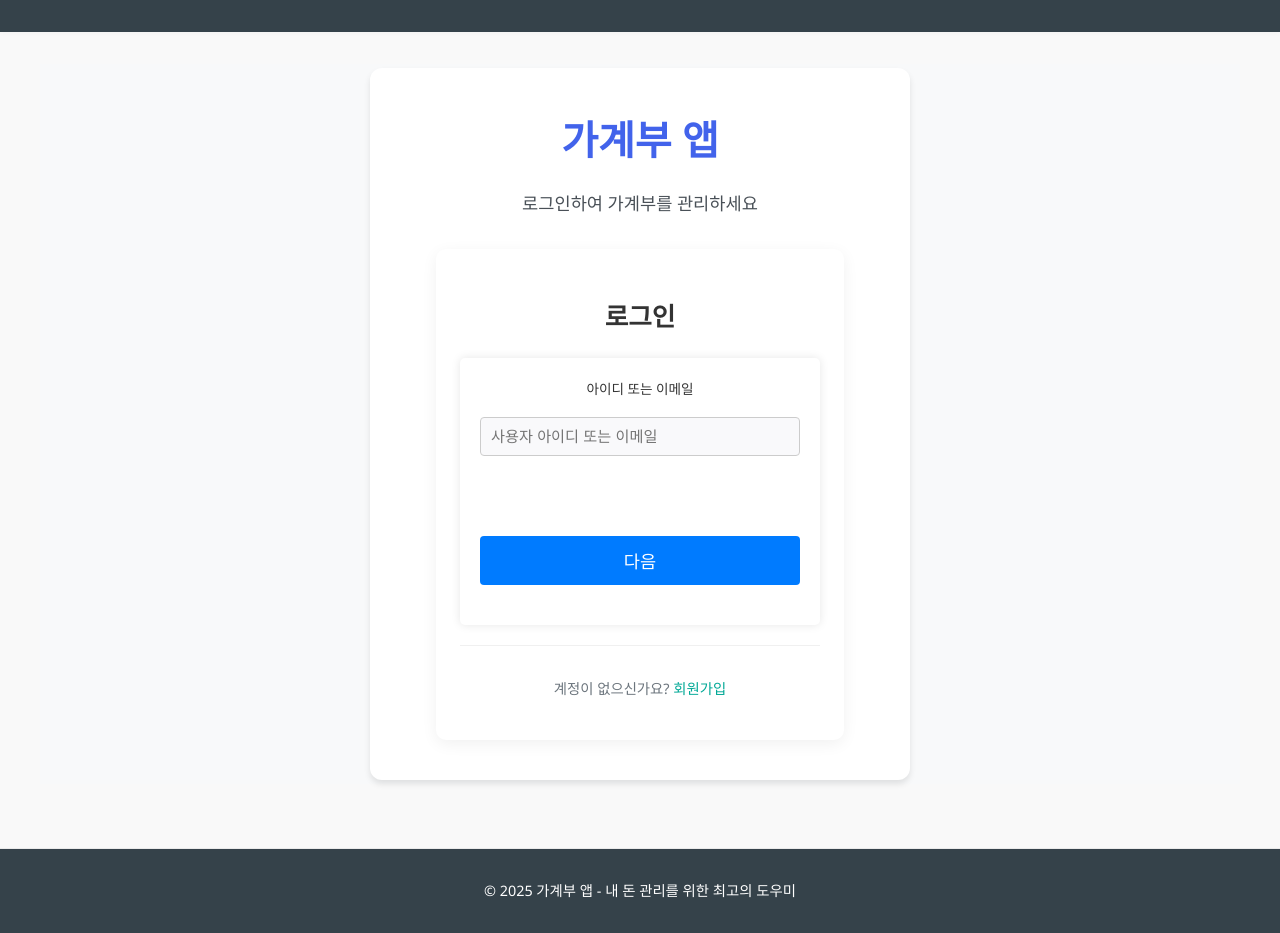
Repository: dldnwls07/Register_Login_Form
Page: /
An editor plug-in stored every save of this project. The page is shown before and after the next save, followed by the edit.
The browser window is 1280 px wide. The pictures show the whole page.
The project was rebuilt for these pictures with package versions that can differ from the ones it lists, and the page was loaded fresh each time. Also part of the build but not shown: src/components/Summary.jsx, src/styles/pages/MainPage.css, src/pages/MainPage.jsx, src/utils/categoryData.js, src/components/CategorySelector.jsx, src/components/EntryForm.jsx, src/components/EntryTable.jsx, src/components/SearchBar.jsx and 16 more.

Above is the page before, as saved 2025-05-25 14:57:43.

After the next save:
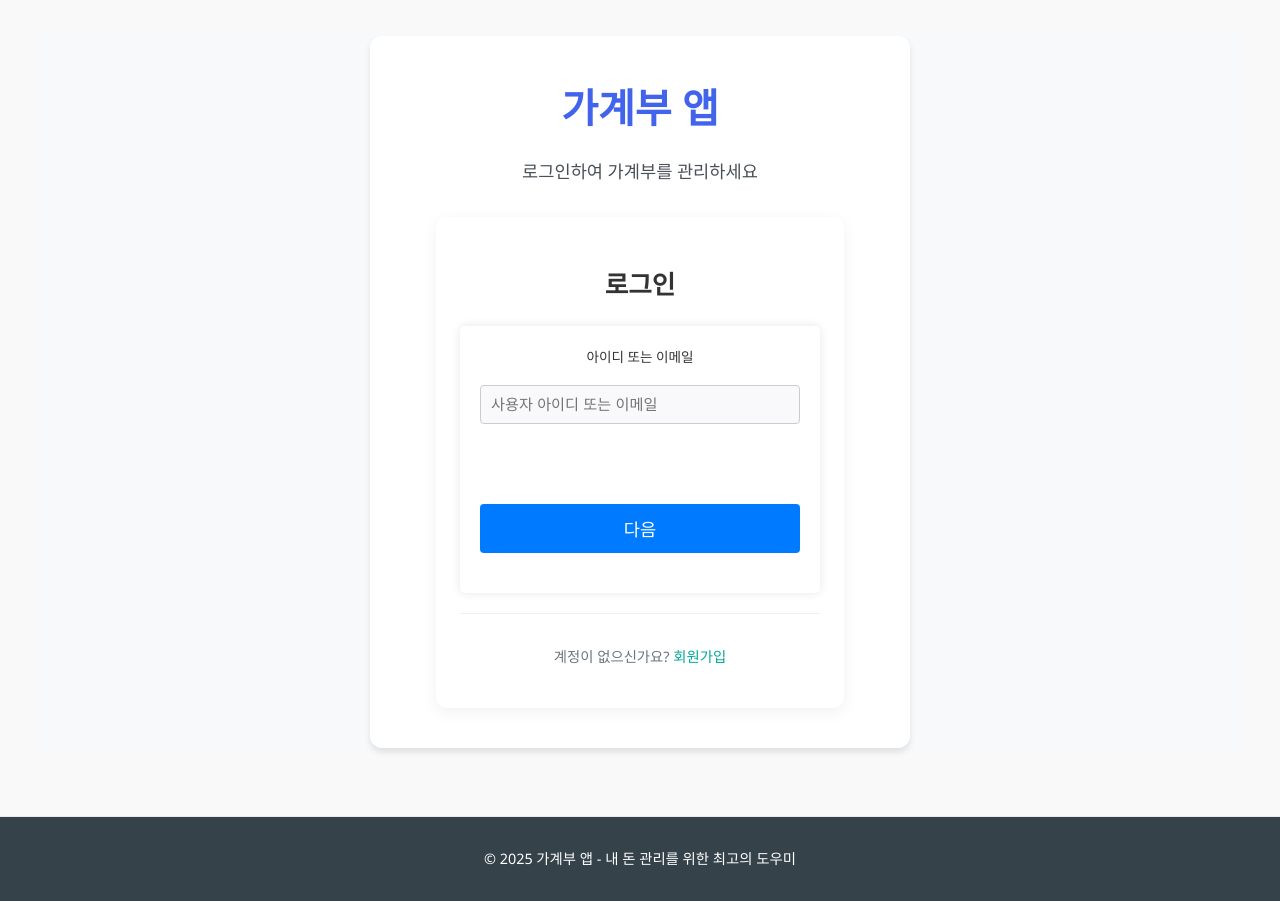
Saved 24 s later.
--- a/src/App.jsx
+++ b/src/App.jsx
@@ -137,14 +137,12 @@ const AppContent = () => {
 
     return (
         <div className="App">
-            <header className="App-header">
-                {user && (
-                    <div className="header-container">
-                        <h1>가계부 앱</h1>
-                        <Navigation />
-                    </div>
-                )}
-            </header>
+            {user && <header className="App-header">
+                <div className="header-container">
+                    <h1>가계부 앱</h1>
+                    <Navigation />
+                </div>
+            </header>}
 
             <main className="App-content">
                 {loading ? (
@@ -155,7 +153,6 @@ const AppContent = () => {
                 ) : (
                     <Routes>
                         {/* 인증 관련 라우트 */}
-ㅌ
                         <Route path="/register" element={<RegisterPage />} />
 
                         {/* 보호된 라우트 (로그인 필요) */}
